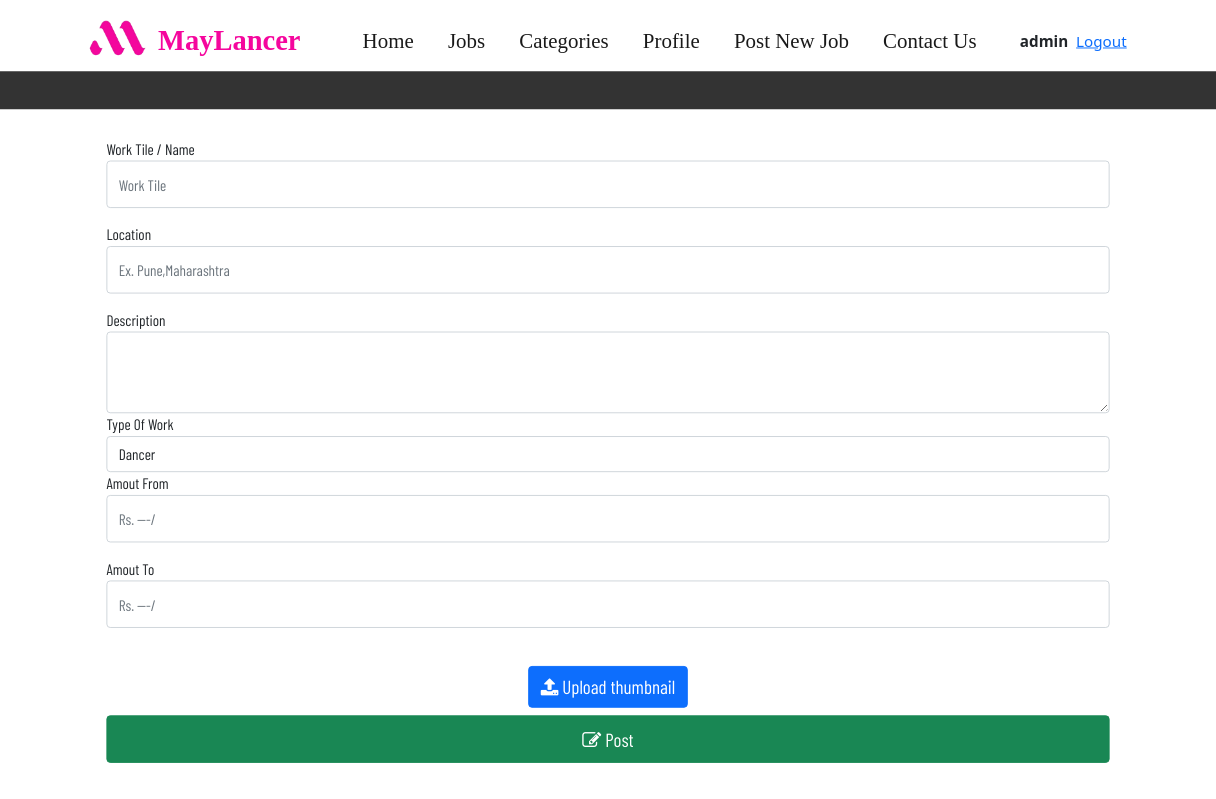
Repository: prathmesh2023/maylancers
Page: http://localhost/post_job
An editor plug-in stored every save of this project. The page is shown before and after the next save, followed by the edit.
The browser window is 1280 px wide. The pictures show the whole page, at 95% of full size.
Some web fonts or font styles are not loaded; a fallback is used. Some web libraries are served in a nearby version. The page is served by the project's application, run on Django 3.2 (manage.py). The first stored user is signed in. Other server files are loaded and not shown. The page reads the database file committed with the project.

Above is the page before, as saved 2022-01-28 21:36:51.

### templates/postjob.html
{% extends "base.html" %} {% block title %} MayLancers {% endblock title %} {% load static %} {% block main %}
<div class="container ">


    <form method="post" action="/post_job" style="padding:30px;" enctype="multipart/form-data">
        <div class="mb-3">
            <label for="exampleInputEmail1">Work Tile / Name</label>

            <input required required type="text" name="wtitle" class="form-control" id="exampleInputEmail1" aria-describedby="emailHelp" placeholder="Work Tile ">

        </div>
        <div class="mb-3">
            <label for="loc">Location</label>
            <input required required type="text" name="loc" class="form-control" id="loc" placeholder="Ex. Pune,Maharashtra">
        </div>


        <div class="form-group">
            <label for="exampleFormControlTextarea1">Description</label>
            <textarea name="desc" required class="form-control" id="exampleFormControlTextarea1" rows="3"></textarea>
        </div>

        <div class="form-group">
            <label for="exampleFormControlSelect1">Type Of Work</label>
            <select name="cat" required class="form-control" id="exampleFormControlSelect1">
                {% for i in cat %}
                <option>{{i.title}}</option>
                {% endfor %}


          </div>



            </select>
        </div>

        <div class="mb-3">
            <label for="loc">Amout From</label>
            <input required required type="number" name="afrom" class="form-control" id="loc" placeholder="Rs. ---/">
        </div>


        <div class="mb-3">
            <label for="loc">Amout To</label>
            <input required required type="number" name="ato" class="form-control" id="loc" placeholder="Rs. ---/">
        </div>

        <br> {% csrf_token %}

        <input name="file" required type="file" id="file" style="display:none;">

        <input type="hidden" name="username" value="{{user.get_username}}">

        <center>
            <label for="file" class="btn btn-primary my-0"><span class="fa fa-upload">   </span> Upload thumbnail</label></center>
        <button type="submit" class="btn btn-success my-2"><span class="fa fa-edit"> </span> Post</button>
    </form>

</div>

<style>
    <style>.form {}

    form {
        background-color: white;
        padding: 10px;
        font-family: Barlow Condensed;
        border-radius: 15px;
    }

    form input {
        height: 50px;
        font-size: 20x;
    }

    form button {
        height: 50px;
        width: 100%;
    }

    .btn {
        font-size: 20px;
    }

    .ml {
        margin-top: 10%;
    }

    .mf {
        margin-top: 8%;
    }
</style>


{% endblock %}

### templates/base.html
<!DOCTYPE html>
<html lang="en">

<head>
    <!-- Required meta tags -->
    <meta charset="utf-8" />

    <meta content="width=device-width, initial-scale=1" name="viewport" />

    <!-- Bootstrap CSS -->

    {% load static %}

    <link href="{% static 'bootstrap-5/css/bootstrap.min.css' %}" type="text/css" rel="stylesheet" />
    <link href="{% static 'css/main.css' %}" type="text/css" rel="stylesheet">

    <!-- js bostrap -->
    <script src="https://code.jquery.com/jquery-3.2.1.slim.min.js" integrity="sha384-KJ3o2DKtIkvYIK3UENzmM7KCkRr/rE9/Qpg6aAZGJwFDMVNA/GpGFF93hXpG5KkN" crossorigin="anonymous"></script>
    <script src="https://cdnjs.cloudflare.com/ajax/libs/popper.js/1.12.9/umd/popper.min.js" integrity="sha384-ApNbgh9B+Y1QKtv3Rn7W3mgPxhU9K/ScQsAP7hUibX39j7fakFPskvXusvfa0b4Q" crossorigin="anonymous"></script>
    <script src="https://maxcdn.bootstrapcdn.com/bootstrap/4.0.0/js/bootstrap.min.js" integrity="sha384-JZR6Spejh4U02d8jOt6vLEHfe/JQGiRRSQQxSfFWpi1MquVdAyjUar5+76PVCmYl" crossorigin="anonymous"></script>
    <!-- / -->
    <link rel="stylesheet" href="https://cdnjs.cloudflare.com/ajax/libs/font-awesome/4.7.0/css/font-awesome.min.css">
    <link href='https://fonts.googleapis.com/css?family=Concert One' rel='stylesheet'>
    <link href='https://fonts.googleapis.com/css?family=Courgette' rel='stylesheet'>
    <link href='https://fonts.googleapis.com/css?family=Jockey One' rel='stylesheet'>
    <link href='https://fonts.googleapis.com/css?family=Archivo Narrow' rel='stylesheet'>
    <link href='https://fonts.googleapis.com/css?family=Barlow Condensed' rel='stylesheet'>

    <!--  -->
    {% load static %}
    <title>{% block title %} {% endblock %}</title>
</head>


<body>


    <div class="container">
        <nav class="navbar navbar-expand-lg navbar-light bg-white">
            <div class="container-fluid">
                <a class="navbar-brand" href="#"><img class="brand " src="{% static 'img/logo.png' %}"> <span class="mx-2 Courgette" style=" color: #f5069d;  font-size: 30px;"> <b>MayLancer</b></span></a>
                <button class="navbar-toggler" type="button" data-bs-toggle="collapse" data-bs-target="#navbarNav" aria-controls="navbarNav" aria-expanded="false" aria-label="Toggle navigation">
      <span class="navbar-toggler-icon"></span>
    </button>
                <div class="collapse navbar-collapse" id="navbarNav">
                    <ul class="navbar-nav mx-auto ">
                        <li class="nav-item">
                            <a class="nav-link active" aria-current="page" href="/">Home</a>
                        </li>
                        <li class="nav-item ">
                            <a class="nav-link active" href="/jobs">Jobs</a>
                        </li>
                        <li class="nav-item ">
                            <a class="nav-link active" href="/categories">Categories</a>
                        </li>
                        <li class="nav-item ">
                            <a class="nav-link active" href="/profile">Profile</a>
                        </li>
                        <li class="nav-item ">
                            <a class="nav-link active" href="/post_job">Post New Job</a>
                        </li>

                        <li class="nav-item ">
                            <a class="nav-link active" href="#">Contact Us</a>
                        </li>

                    </ul>



                    {% if user.is_authenticated %} &nbsp;<span class=""> <b>

                        {{ user.username }}</b></span> &nbsp;&nbsp;
                    <a href="/logout">Logout</a> {% else %}
                    <a href="/login"><button class="btn btn-outline-dark"><span class="fa fa-user"> </span> <b>LogIn</b></button></a> {% endif %}

                </div>
            </div>
        </nav>
    </div>


    <div class="navbar " style="height: 40px; margin-top: -10px; background-color: #000000cc;">




    </div>


    {% block main %} {% endblock main %}

    <!--
    <div class="container my-5">
        <div class="row">
            <div class="col-md-3">

                <div class="card  m-0 p-0" style="border: solid 2px #f5069d ; border-top-right-radius: 0px; border-top-left-radius: 0px; border-top: none ;">
                    <div class="card-body ">
                        <img src="painter.jpg" class="img border-0 p-0">
                        <h2 style="margin-top:20px;">
                            Painter
                        </h2>
                        <p class="card-text"><b>Find Painters nearby you</b></p>
                        <a href="#" class="btn sub">  Find </a>
                    </div>
                </div>

            </div>


            <div class="col-md-3">

                <div class="card  m-0 p-0" style="border: solid 2px #f5069d ; border-top-right-radius: 0px; border-top-left-radius: 0px; border-top: none ;">
                    <div class="card-body ">
                        <img src="mechanic.jpg" class="img border-0 p-0">
                        <h2 style="margin-top:20px;">
                            Mechanic
                        </h2>
                        <p class="card-text"><b>Find Mechanics nearby you</b></p>
                        <a href="#" class="btn sub"> Find </a>
                    </div>
                </div>

            </div>



            <div class="col-md-3">

                <div class="card  m-0 p-0" style="border: solid 2px #f5069d ; border-top-right-radius: 0px; border-top-left-radius: 0px; border-top: none ;">
                    <div class="card-body ">
                        <img src="designer1.jpg" class="img border-0 p-0">
                        <h2 style="margin-top:20px;">
                            Designer
                        </h2>
                        <p class="card-text"><b>Find Designer nearby you</b></p>
                        <a href="#" class="btn sub"> Find </a>
                    </div>
                </div>

            </div>


            <div class="col-md-3">

                <div class="card  m-0 p-0" style="border: solid 2px #f5069d ; border-top-right-radius: 0px; border-top-left-radius: 0px; border-top: none ;">
                    <div class="card-body ">
                        <img src="doctor.jpg" class="img border-0 p-0">
                        <h2 style="margin-top:20px;">
                            Doctor
                        </h2>
                        <p class="card-text"><b>Find Doctors nearby you</b></p>
                        <a href="#" class="btn sub"> Find </a>
                    </div>
                </div>

            </div>
        </div>
    </div> -->

    <!-- / -->





    <!-- Optional JavaScript; choose one of the two! -->

    <!-- Option 1: Bootstrap Bundle with Popper -->
    <script src="https://cdn.jsdelivr.net/npm/bootstrap@5.1.3/dist/js/bootstrap.bundle.min.js " integrity="sha384-ka7Sk0Gln4gmtz2MlQnikT1wXgYsOg+OMhuP+IlRH9sENBO0LRn5q+8nbTov4+1p " crossorigin="anonymous "></script>

    <!-- Option 2: Separate Popper and Bootstrap JS -->
    <!--
    <script src="https://cdn.jsdelivr.net/npm/@popperjs/core@2.10.2/dist/umd/popper.min.js " integrity="sha384-7+zCNj/IqJ95wo16oMtfsKbZ9ccEh31eOz1HGyDuCQ6wgnyJNSYdrPa03rtR1zdB " crossorigin="anonymous "></script>
    <script src="https://cdn.jsdelivr.net/npm/bootstrap@5.1.3/dist/js/bootstrap.min.js " integrity="sha384-QJHtvGhmr9XOIpI6YVutG+2QOK9T+ZnN4kzFN1RtK3zEFEIsxhlmWl5/YESvpZ13 " crossorigin="anonymous "></script>
    -->
</body>

</html>

### app1/models.py
from django.db import models

# Create your models here.
from django.contrib.auth.models import User

class profile(models.Model):
    user = models.OneToOneField(User, on_delete=models.CASCADE)
    about = models.CharField(max_length=100)
    dp = models.ImageField('dp', upload_to="app1/img/dp")


class category(models.Model):
    title = models.CharField(max_length=200)
    location = models.CharField(max_length=200)
    thumbnail = models.ImageField('thumbnail', upload_to="app1/img/category")
    desc = models.TextField()


    def __str__(self):
        return self.title


class post(models.Model):

    title = models.CharField(max_length=200)
    loc = models.CharField(max_length=200)
    desc = models.TextField()
    cat = models.CharField(max_length=200)
    thumb = models.ImageField('thumb', upload_to="app1/img/post/thumb")
    afrom = models.IntegerField()
    ato = models.IntegerField()
    user = models.CharField(max_length=200,default="def")
    done = models.BooleanField(default=False)

    def __str__(self):
        return self.title


class proposal(models.Model):

    post = models.ForeignKey("post",  on_delete=models.CASCADE ,default=1)

    text = models.TextField()

    mob = models.CharField(max_length=150)

    user = models.CharField(max_length=150)



    def __str__(self):
        return self.user

### app1/views.py
from cgitb import text
from django.shortcuts import render,HttpResponse,redirect
from django.contrib.auth.models import User,auth
from django.contrib.auth.decorators import login_required
from .models import User,profile,category,post
from django.db.models import Q




# Create your views here.

def home(request):

    from .models import category,profile,post
    cat = category.objects.all().order_by('-id')

    from .models import post

    post = post.objects.all().order_by('-id')[:50]

    data= {
        'cat':cat,
        'post':post,
    }


    return render(request, "home.html", data)


def login(request):

    if request.method == 'POST':
        uname = request.POST.get('uname')
        pwd = request.POST.get('pwd')

        user = auth.authenticate(username=uname, password=pwd)

        if user is not None:
            auth.login(request, user)
            return redirect('/profile')
        else:
            return HttpResponse("uname , password invalid ")


    return render(request, "login.html")




def logout(request):
    auth.logout(request)

    return redirect('/')


def profile(request):

    if request.user.is_authenticated:

        from .models import User,profile,post

        post = post.objects.filter(user=request.user.username)


        data ={

            'post':post,
        }

        return render(request, "profile.html", data)
    else:
        return redirect("/login")


def register(request):

    if request.method == "POST":
        uname = request.POST.get('uname')
        email = request.POST.get('email')
        pwd = request.POST.get('pwd')
        fname = request.POST.get('fname')
        lname = request.POST.get('lname')


        # u = User(password=pwd, username=uname, email=email,first_name=fname, last_name=lname)

        User.objects.create_user(password=pwd, username=uname, email=email,first_name=fname, last_name=lname)


        return redirect('/profile')
    else:
        HttpResponse("faield")

    return render(request, "register.html")


def post_job(request):

    from .models import category

    cat = category.objects.all().order_by('-id')


    data={
        "cat":cat,
    }

    if request.method == 'POST':

        wtitle = request.POST.get('wtitle')
        loc = request.POST.get('loc')
        desc = request.POST.get('desc')
        cat = request.POST.get('cat')
        thumb = request.FILES['file']
        afrom = request.POST.get('afrom')
        ato = request.POST.get('ato')
        username = request.POST.get('username')
        from .models import post

        job = post(title=wtitle, loc=loc, desc=desc, cat=cat, thumb=thumb, afrom=afrom, ato=ato,user=username)

        job.save()

        return redirect('/')

    if request.user.is_authenticated:


        return render(request, "postjob.html", data)
    else:
        return redirect('/login')



def apply(request, title, id):

    if request.user.is_authenticated:

        from .models import post

        post = post.objects.all().filter(title=title,id=id)[0]

        data = {
            'post':post,
        }


        return render(request, "apply.html",data)
    else:
        return redirect('/login')

def proposal(request):

    if request.method == 'POST':
        text = request.POST.get('text')
        username = request.POST.get('username')
        post_id = request.POST.get('post_id')
        mobile = request.POST.get('mobile')

        from .models import proposal,post

        p = proposal(text=text,user=username,post_id=post_id,mob=mobile)

        p.save()

    return redirect('/success')


def category(request,title):

    from .models import post

    posts = post.objects.filter(cat=title).order_by('-id')
    title = title

    return render(request, "category.html", {'posts':posts ,'title':title })


def search(request):

    if request.method == 'POST':

        text = request.POST.get('text')

        from .models import post

        posts = post.objects.filter(Q(title__icontains=text) | Q(loc__icontains=text ) | Q(desc__icontains=text ) | Q(cat__icontains=text ) | Q(afrom__icontains=text ) | Q(ato__icontains=text ) | Q(user__icontains=text )).order_by('-id')

        data = {
            'posts':posts,
            'text':text,
        }

        return render(request, "search.html", data)

    return HttpResponse("no query")


def categories(request):

    from .models import category

    cat = category.objects.all().order_by('-id')

    data = {
        'cat': cat,
    }


    return render(request, "categories.html", data)



def jobs(request):

    from .models import post

    post = post.objects.all().order_by('-id')

    return render(request, "jobs.html", {'post': post,})


def success(request):

    return render(request, "success.html")

### maylancer/urls.py
"""maylancer URL Configuration

The `urlpatterns` list routes URLs to views. For more information please see:
    https://docs.djangoproject.com/en/3.2/topics/http/urls/
Examples:
Function views
    1. Add an import:  from my_app import views
    2. Add a URL to urlpatterns:  path('', views.home, name='home')
Class-based views
    1. Add an import:  from other_app.views import Home
    2. Add a URL to urlpatterns:  path('', Home.as_view(), name='home')
Including another URLconf
    1. Import the include() function: from django.urls import include, path
    2. Add a URL to urlpatterns:  path('blog/', include('blog.urls'))
"""
from django.contrib import admin
from django.urls import path,include

urlpatterns = [
    path('admin/', admin.site.urls),
    path('',include('app1.urls'))
]

### app1/urls.py
from django.contrib import admin
from django.urls import path
from app1 import views

from django.conf import settings
from django.conf.urls.static import static

urlpatterns = [
    path("", views.home , name="home"),
    path("login", views.login, name="login"),
    path("logout", views.logout,name="logout"),
    path("profile", views.profile, name="profile"),
    path("register", views.register, name="register"),
    path("post_job", views.post_job, name="post_job"),
    path("apply/<str:title>/<int:id>", views.apply, name="apply"),
    path("proposal", views.proposal, name="proposal"),
    path("category/<str:title>", views.category, name="category"),
    path("search", views.search,name="search"),
    path("categories", views.categories, name="categories"),
    path('jobs', views.jobs, name="jobs"),

    path("success", views.success, name="success"),


]+ static(settings.MEDIA_URL, document_root=settings.MEDIA_ROOT)

### static/css/main.css
.primary-bg {
    background-color: rgb(255, 78, 166);
}

.brand {
    max-width: 100px;
    max-height: 39px;
    margin-top: -14px;
}

.bg-white {
    background: white;
}

a u {
    text-decoration: none;
}

.nav-item {
    font-size: large;
    font-family: 'Concert One';
    font-size: 22px;
    padding: 10px;
}

.in {
    margin-top: 50px;
}

.bgc {
    background-color: black;
    background-repeat: no-repeat;
    background-size: 100%;
    width: 100%;
    height: 400px;
}


/* fonts */

.jone {
    font-family: 'Jockey One';
}

.Courgette {
    font-family: 'Courgette';
}

.searchbox {}

.searchbox input {
    border-radius: 0%;
    height: 50px;
    background-color: #ffffffd9;
}

.bt {
    border-radius: 0%;
    height: 50px;
    font-family: Archivo Narrow;
    font-size: 20px;
}

.di {
    color: white;
    border-radius: 0%;
}


/* cards */


/* .sub {
    background: #f5069d;
    color: white;
}

.img-thumbnail {
    padding: 0px;
}

.img {
    margin-left: -31px;
    width: 120%;
    height: 180px;
    border-style: solid;
    border-size: px;
    padding: 10px;
    box-shadow: 5px 10px 18px #888888;
    margin-top: -25px;
}

.card {
    box-shadow: 5px 10px 18px #888888;
}
*/

.card_main {
    margin-top: -100px;
}

.sub {
    background: #f5069d;
    color: white;
}

.img-thumbnail {
    padding: 0px;
}

.img {
    margin-left: -20px;
    width: 110%;
    height: auto;
    border-style: solid;
    border-size: 1px;
    box-shadow: 5px 10px 18px #888888;
    margin-top: -25px;
}

.card {
    box-shadow: 5px 10px 18px #888888;
    margin-left: 20px;
    margin-right: 20px;
    text-decoration: none;
}

.card a {
    text-decoration: none;
}

.card:hover {
    color: #f5069d;
}

@media only screen and (max-width: 900px) {
    .img {}
    .card {
        margin-left: 50px;
        margin-right: 50px;
    }
}

.pj button {
    border-radius: 0px;
    color: white;
    font-family: Barlow Condensed;
    font-size: x-large;
    font-style: solid;
}


/*  */

### db.sqlite3 (the tables this page reads, as SQL)
CREATE TABLE "app1_category" ("id" integer NOT NULL PRIMARY KEY AUTOINCREMENT, "title" varchar(200) NOT NULL, "location" varchar(200) NOT NULL, "desc" text NOT NULL, "thumbnail" varchar(100) NULL);
INSERT INTO "app1_category" VALUES
(1, 'painter', 'Pune , mh', 'painter', 'app1/img/category/painter_LAaJ8Te.jpg'),
(2, 'designer', 'latur', 'designer', 'app1/img/category/designer1.jpg'),
(3, 'mechanic', 'pune', 'mechanic', 'app1/img/category/mechanic.jpg'),
(4, 'dctor', 'bombay', 'dector', 'app1/img/category/doctor.jpg'),
(6, 'Dancer', 'pune, maharashtra', 'I want a Bar dancer', 'app1/img/category/download.jpg');

CREATE TABLE "auth_user" ("id" integer NOT NULL PRIMARY KEY AUTOINCREMENT, "password" varchar(128) NOT NULL, "last_login" datetime NULL, "is_superuser" bool NOT NULL, "username" varchar(150) NOT NULL UNIQUE, "last_name" varchar(150) NOT NULL, "email" varchar(254) NOT NULL, "is_staff" bool NOT NULL, "is_active" bool NOT NULL, "date_joined" datetime NOT NULL, "first_name" varchar(150) NOT NULL);
INSERT INTO "auth_user" VALUES
(1, 'pbkdf2_sha256$320000$E54fhKWP29U06IundCfQZU$X62fz+imf1LnSK9XjROTYVIcc3fg2QuHDOM3MYAu8x4=', '2022-02-20 15:01:37.470800', 1, 'admin', '', 'admin@gmail.com', 1, 1, '2022-01-23 10:55:41.747061', ''),
(17, 'pbkdf2_sha256$260000$XWKMilw9PpCkQHPaUG6YCI$9MreEuUeDFZeBoNo1lpZqfCMSxXMla8CGSUoUVRbWBU=', '2022-02-20 19:12:04.740084', 0, 'prathmesh', 'lohar', 'prabhanjank777@gmail.com', 0, 1, '2022-01-23 17:20:17.895194', 'prathmesh'),
(18, 'pbkdf2_sha256$260000$uTS3YNSBXMVuvTTs1xufgS$pm4PWPV79pwmHTMFv2inlER4XY61Z0M5MXZ8pBrz1KQ=', '2022-02-20 19:20:22.772264', 0, 'ex', 'x', 'prabhanjank777@gmail.com', 0, 1, '2022-01-24 18:31:33.659546', 'e');

Loaded but not shown: static/bootstrap-5/css/bootstrap.min.css (library)

After the next save:
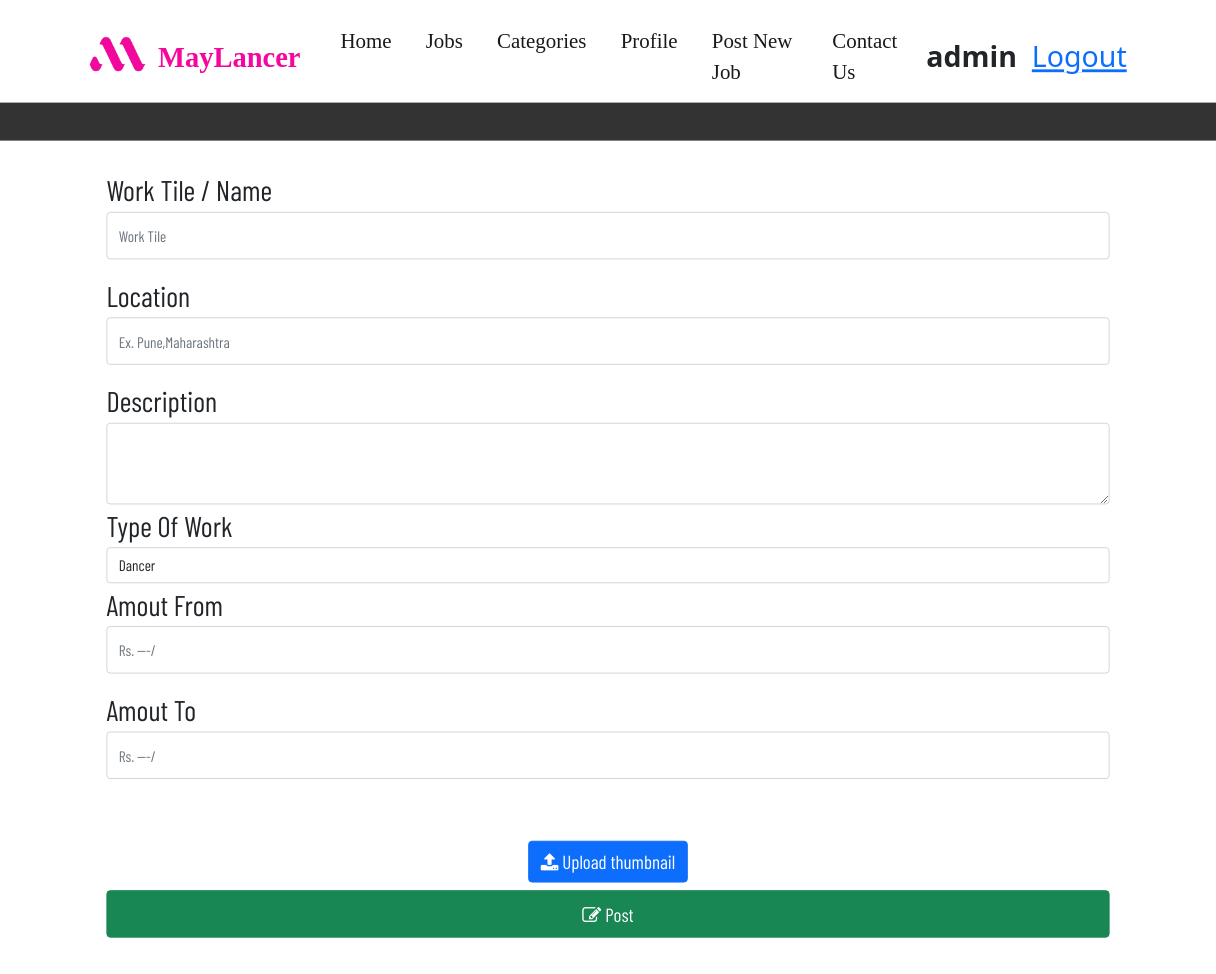
Saved 36 s later.
--- a/templates/postjob.html
+++ b/templates/postjob.html
@@ -62,6 +62,10 @@
 <style>
     <style>.form {}
 
+    body {
+        font-size: 30px;
+    }
+
     form {
         background-color: white;
         padding: 10px;
